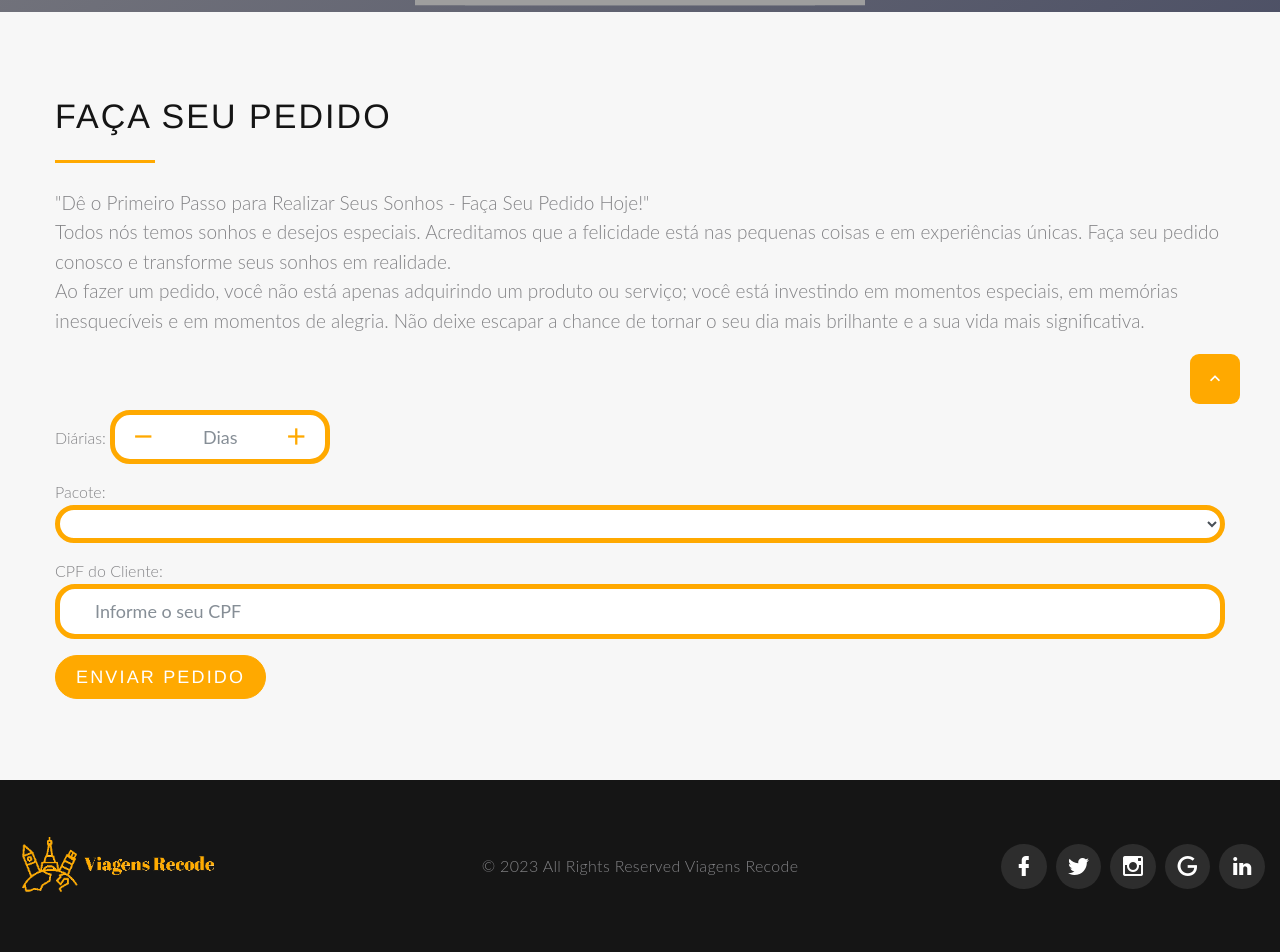
Repository: LiraS23/RecodePro2023-Modulo-4
Page: http://localhost/Modulo4/pedidos.jsp
These files come from the project's save history. The page is drawn as it stood at one moment and after the next save; the edit follows.
The browser window is 1280 px wide. The pictures show the part of the page from y = 376 to 1328 px (the page is 1328 px tall before and 1290 px after).
Pictures or frames that could not be fetched are drawn as grey boxes. Some web fonts or font styles are not loaded; a fallback is used. The page is served by Tomcat 10.

Above is the page before, as saved 2023-11-03 17:48:52.

After the next save:
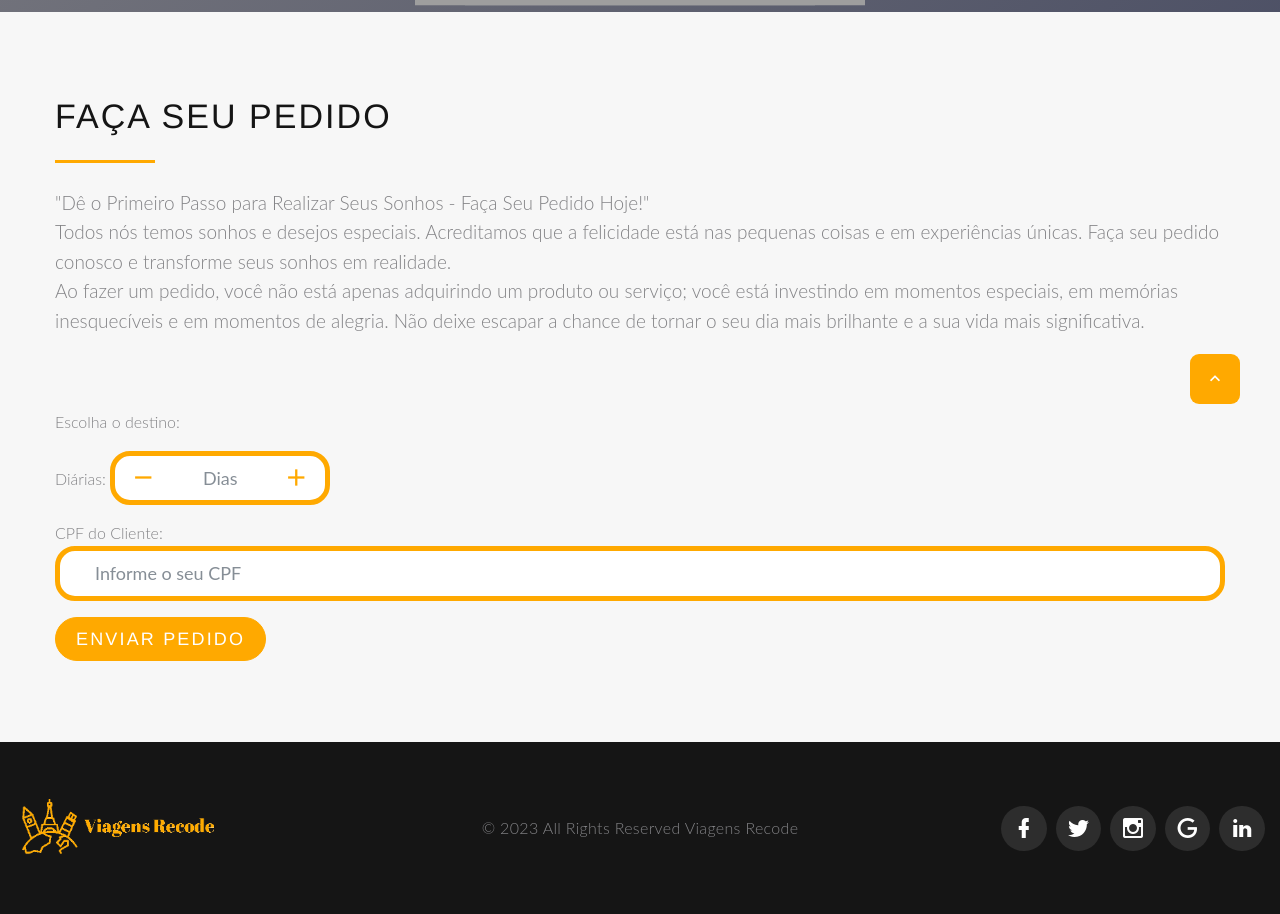
Saved 27 s later.
--- a/java/Modulo4/src/main/webapp/pedidos.jsp
+++ b/java/Modulo4/src/main/webapp/pedidos.jsp
@@ -63,7 +63,8 @@
 									<li><a href="promocoes.html">Promoções</a></li>
 									<li><a href="contato.html">Contato</a></li>
 									<li><a href="cliente.jsp">Cliente</a></li>
-									<li class="active"><a href="pedidos.jsp">Reserve um passeio</a></li>
+									<li class="active"><a href="pedidos.jsp">Reserve um
+											passeio</a></li>
 								</ul>
 							</div>
 						</div>
@@ -102,30 +103,23 @@
 									chance de tornar o seu dia mais brilhante e a sua vida mais
 									significativa.
 								</p>
-								<br>
-								<br>
-								<br>
+								<br> <br> <br>
 								<!-- RD Mailform-->
 								<form action="processa_pedido.php" method="POST">
+									<!-- Listar Pacotes -->
+									<div class="form-group">
+										<label>Escolha o destino:</label>
+										<div id="lista-destinos">
+											<!-- Os destinos serão inseridos aqui -->
+										</div>
+									</div>
+
 									<div class="form-group">
 										<label for="diariasPedido">Diárias:</label> <input
 											type="number" class="form-control" id="diariasPedido"
 											name="diariasPedido" placeholder="Dias"
 											style="border: 5px solid #FFA900; border-radius: 20px;"
 											min="0" required>
-									</div>
-									<div class="form-group">
-										<label for="fk_pacote_idpacote">Pacote:</label> <select
-											class="form-control" id="fk_pacote_idpacote"
-											name="fk_pacote_idpacote" required
-											style="border: 5px solid #FFA900; border-radius: 20px;">
-											<option value="" disabled selected>Selecione o
-												pacote</option>
-											<!-- Inclua as opções do pacote a partir de seu banco de dados -->
-											<option value="1">Pacote 1</option>
-											<option value="2">Pacote 2</option>
-											<option value="3">Pacote 3</option>
-										</select>
 									</div>
 									<div class="form-group">
 										<label for="fk_cliente_cpf">CPF do Cliente:</label> <input
@@ -189,5 +183,80 @@
 	<!-- Javascript-->
 	<script src="assets/js/core.min.js"></script>
 	<script src="assets/js/script.js"></script>
+
+	<script>
+		function listarDestinos() {
+			// Use AJAX para solicitar a lista de destinos ao servidor
+			$.ajax({
+				type : 'GET',
+				url : '/Modulo4/MeuPacoteServlet?action=listar', // Certifique-se de que seu Servlet esteja mapeado corretamente
+				success : function(data) {
+					// Atualize a tabela com os dados recebidos do servidor
+					$('#lista-destinos').html(data);
+
+					// Adicione botões "Editar" a cada registro da tabela
+					addEditButtons();
+				},
+				error : function() {
+					alert('Falha ao listar os destinos.');
+				}
+			});
+		}
+
+		function addEditButtons() {
+			// Encontre todas as linhas da tabela
+			var rows = $('#lista-destinos tr');
+
+			// Para cada linha, exceto a primeira que contém cabeçalhos
+			for (var i = 1; i < rows.length; i++) {
+				var row = rows[i];
+				var idPacote = $(row).find('td:first').text(); // Obtenha o ID do pacote da primeira coluna
+
+				// Crie o botão "Editar" com o ID do destino como parâmetro na URL
+				var editButton = '<a class="btn btn-primary" href="editarDestino.jsp?idPacote='
+						+ idPacote + '">Editar</a>';
+
+				// Crie o botão "Excluir" com o ID do destino como parâmetro na URL
+				var deleteButton = '<a class="btn btn-danger" href="javascript:excluirDestino('
+						+ idPacote + ')">Excluir</a>';
+
+				// Crie uma nova célula na tabela para o botão "Editar"
+				var editButtonCell = '<td>' + editButton + '</td>';
+
+				// Crie uma nova célula na tabela para o botão "Excluir"
+				var deleteButtonCell = '<td>' + deleteButton + '</td>';
+
+				// Adicione as novas células à linha
+				$(row).append(editButtonCell + deleteButtonCell);
+			}
+		}
+
+		function excluirDestino(idPacote) {
+			if (confirm("Deseja realmente excluir este pacote?")) {
+				$.ajax({
+					type : 'POST',
+					url : '/Modulo4/MeuPacoteServlet',
+					data : {
+						action : 'excluir',
+						idPacote : idPacote
+					},
+					success : function(response) {
+						alert(response);
+						// Recarregue a lista de destinos após a exclusão
+						listarDestinos();
+					},
+					error : function() {
+						alert('Falha ao excluir o pacote.');
+					}
+				});
+			}
+		}
+	</script>
+
+	<script>
+		$(document).ready(function() {
+			listarDestinos();
+		});
+	</script>
 </body>
 </html>
